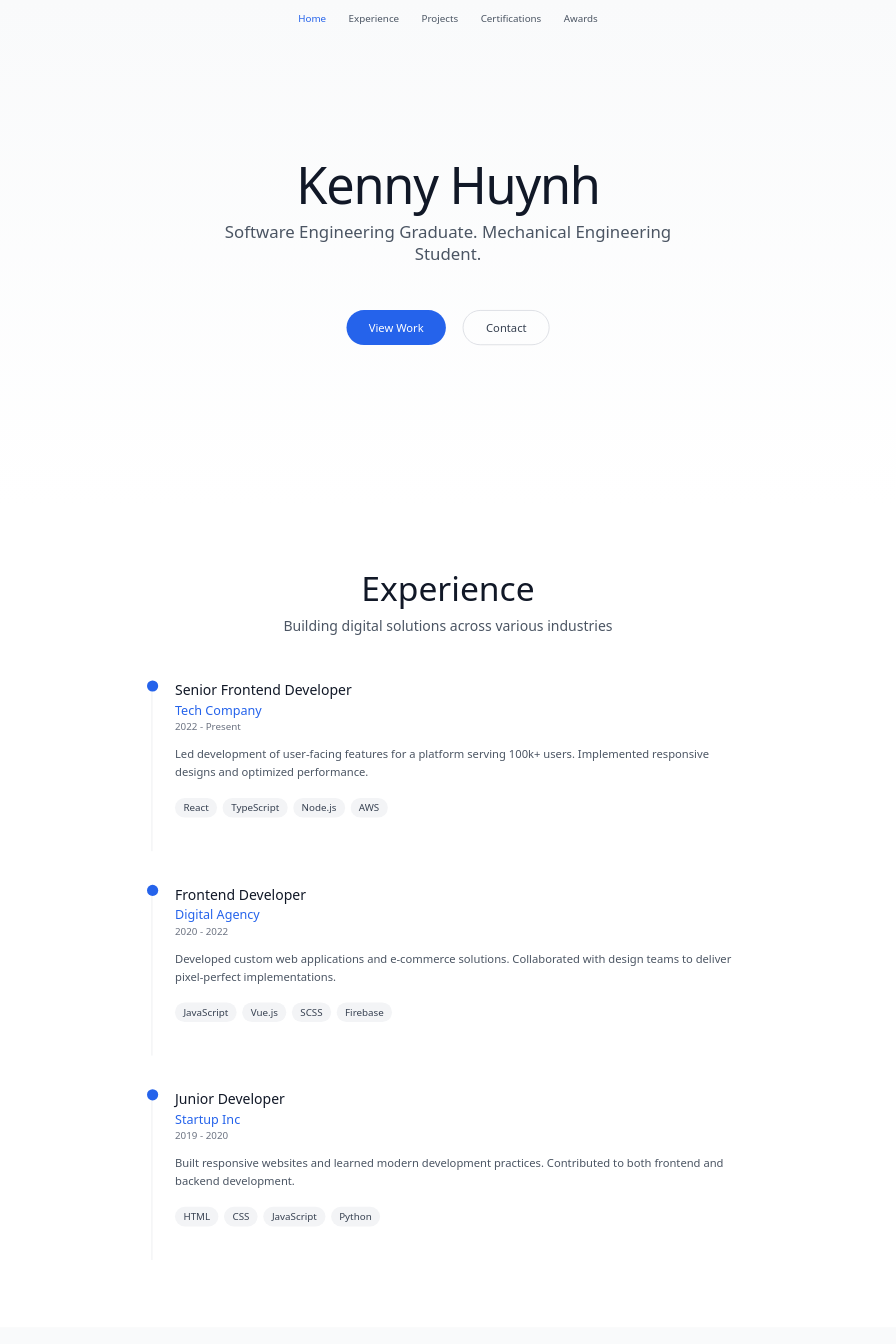
Repository: kennyhuynhhh/kenny_website
Page: /
These files come from the project's save history. The page is drawn as it stood at one moment and after a run of saves; the edit follows.
The browser window is 1280 px wide. The pictures show the part of the page from y = 0 to 1920 px (the page is 4321 px tall), at 70% of full size.
The project was rebuilt for these pictures with package versions that can differ from the ones it lists, and the page was loaded fresh each time. Also part of the build but not shown: vite.config.ts.

Above is the page before, as saved 2025-07-20 17:01:50.

After the next 2 saves:
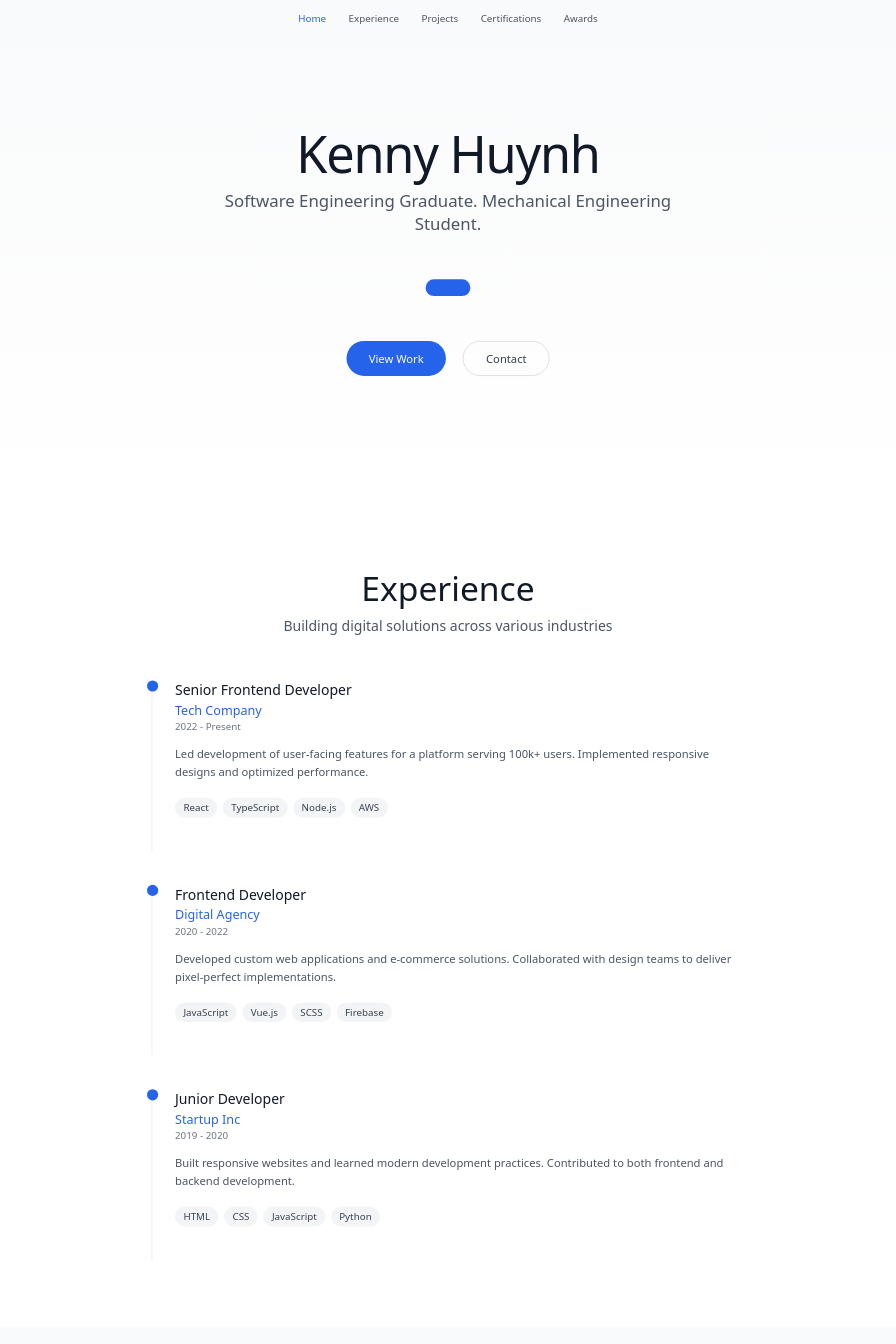
The 2 saves are shown as one change because 1 did not build or start.
The last was saved 3 min 42 s later.
--- a/src/components/Hero.tsx
+++ b/src/components/Hero.tsx
@@ -13,7 +13,18 @@
               Software Engineering Graduate. Mechanical Engineering Student.
             </p>
           </div>
-
+          <div className="flex justify-center space-x-6 pt-8">
+            <button
+              onClick={() =>
+                window.open(
+                  'https://kennyhuynhhh.github.io/kenny_website/',
+                  '_blank',
+                  'width=858,height=482'
+                )
+              }
+              className="bg-blue-600 text-white px-8 py-3 rounded-full hover:bg-blue-700 transition-colors duration-200 font-medium"
+            ></button>
+            </div>
           <div className="flex justify-center space-x-6 pt-8">
             <button className="bg-blue-600 text-white px-8 py-3 rounded-full hover:bg-blue-700 transition-colors duration-200 font-medium">
               View Work

After the 3 saves that followed:
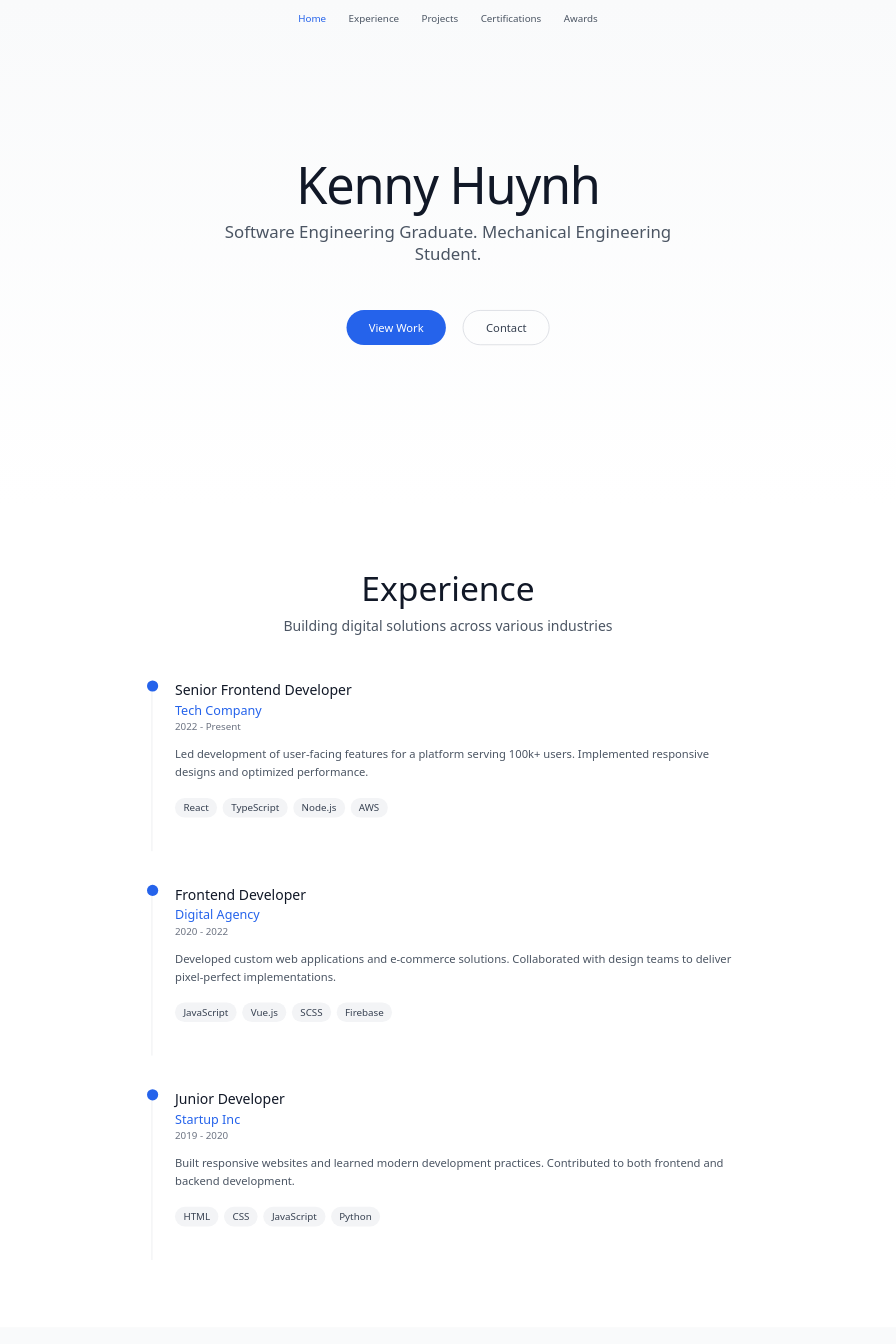
The 3 saves are shown as one change because 2 did not build or start.
The last was saved 2 min 47 s later.
--- a/src/components/Hero.tsx
+++ b/src/components/Hero.tsx
@@ -13,18 +13,8 @@
               Software Engineering Graduate. Mechanical Engineering Student.
             </p>
           </div>
-          <div className="flex justify-center space-x-6 pt-8">
-            <button
-              onClick={() =>
-                window.open(
-                  'https://kennyhuynhhh.github.io/kenny_website/',
-                  '_blank',
-                  'width=858,height=482'
-                )
-              }
-              className="bg-blue-600 text-white px-8 py-3 rounded-full hover:bg-blue-700 transition-colors duration-200 font-medium"
-            ></button>
-            </div>
+
+
           <div className="flex justify-center space-x-6 pt-8">
             <button className="bg-blue-600 text-white px-8 py-3 rounded-full hover:bg-blue-700 transition-colors duration-200 font-medium">
               View Work
